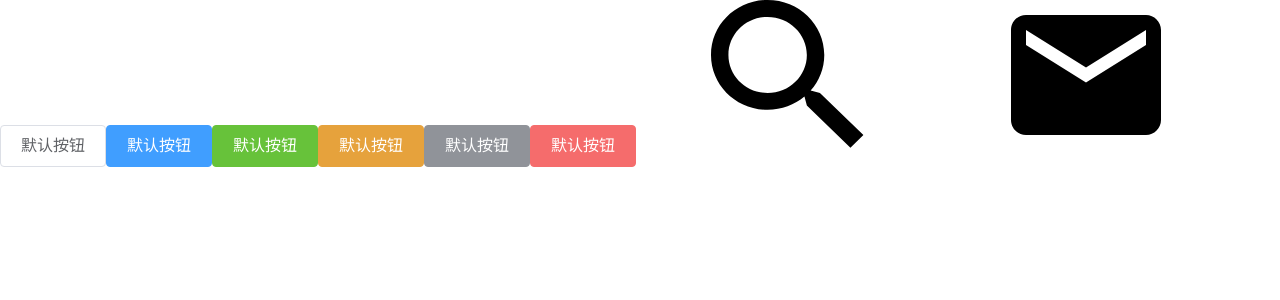
Repository: onlyadaydreamer/dreamer-ui
Page: /
These files come from the project's save history. The page is drawn as it stood at one moment and after the next save; the edit follows.
The browser window is 1280 px wide. The pictures show the whole page.
The project was rebuilt for these pictures with package versions that can differ from the ones it lists, and the page was loaded fresh each time. Also part of the build but not shown: src/styles/icon.js, src/packages/index.js.

Above is the page before, as saved 2020-05-13 15:16:55.

After the next save:
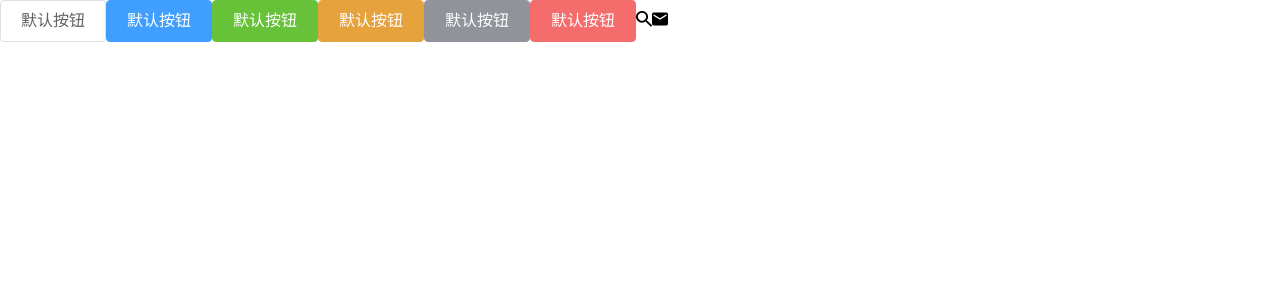
Saved 49 s later.
--- a/src/packages/icon.vue
+++ b/src/packages/icon.vue
@@ -1,5 +1,5 @@
 <template>
-   <svg class="icon" aria-hidden="true">
+   <svg class="dreamer-icon" aria-hidden="true">
         <use :xlink:href="`#icon-${icon}`"></use>
     </svg>
 </template>
@@ -17,6 +17,11 @@ export default {
 }
 </script>
 
-<style>
-
+<style lang="scss">
+.dreamer-icon {
+       width: 1em; height: 1em;
+       vertical-align: -0.15em;
+       fill: currentColor;
+       overflow: hidden;
+    }
 </style>
